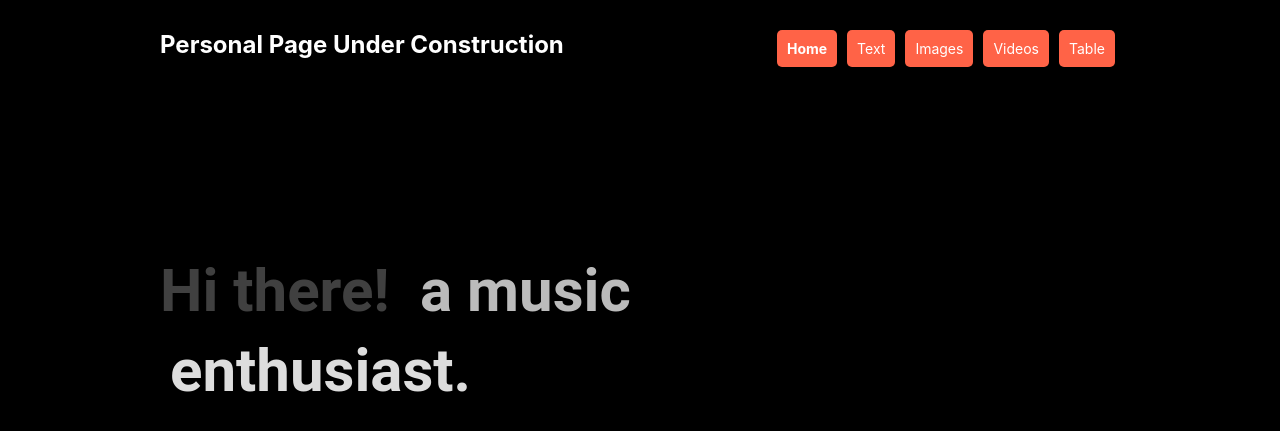
Repository: luhan68/personal_website
Page: index.html
These files come from the project's save history. The page is drawn as it stood at one moment and after the next save; the edit follows.
The browser window is 1280 px wide. The pictures show the whole page.

Above is the page before, as saved 2021-01-30 12:44:46.

After the next save:
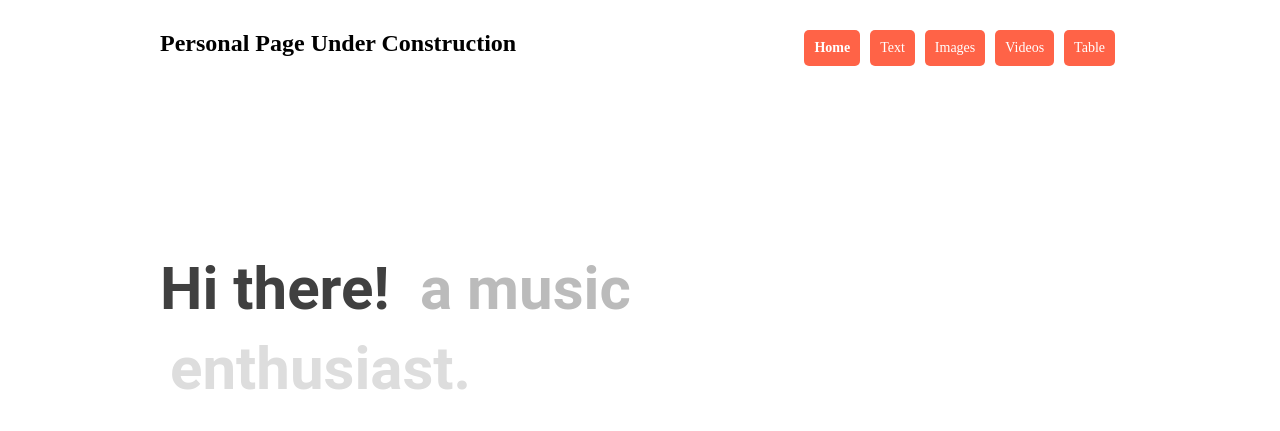
Saved 68 min 29 s later.
--- a/style.css
+++ b/style.css
@@ -3,11 +3,11 @@
     padding: 0;
 }
 
-body  {
+/* body  {
     background-color: black;
     color: white;
     font-family: -apple-system, BlinkMacSystemFont, 'Segoe UI', Roboto, Oxygen, Ubuntu, Cantarell, 'Open Sans', 'Helvetica Neue', sans-serif;
-}
+} */
 
 .container {
     width: 75vw;

After the save that followed:
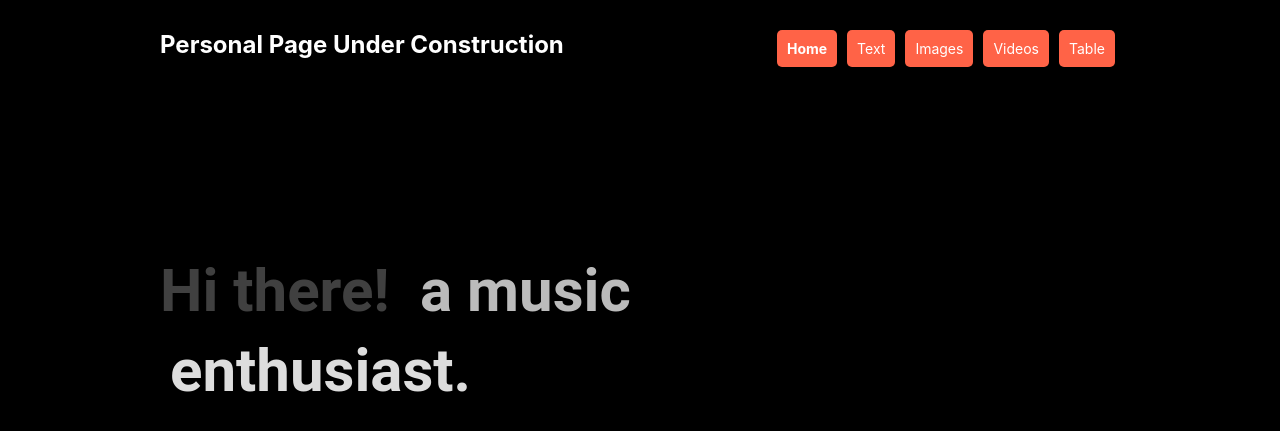
Saved 6 s later.
--- a/style.css
+++ b/style.css
@@ -3,11 +3,11 @@
     padding: 0;
 }
 
-/* body  {
+body  {
     background-color: black;
     color: white;
     font-family: -apple-system, BlinkMacSystemFont, 'Segoe UI', Roboto, Oxygen, Ubuntu, Cantarell, 'Open Sans', 'Helvetica Neue', sans-serif;
-} */
+}
 
 .container {
     width: 75vw;
